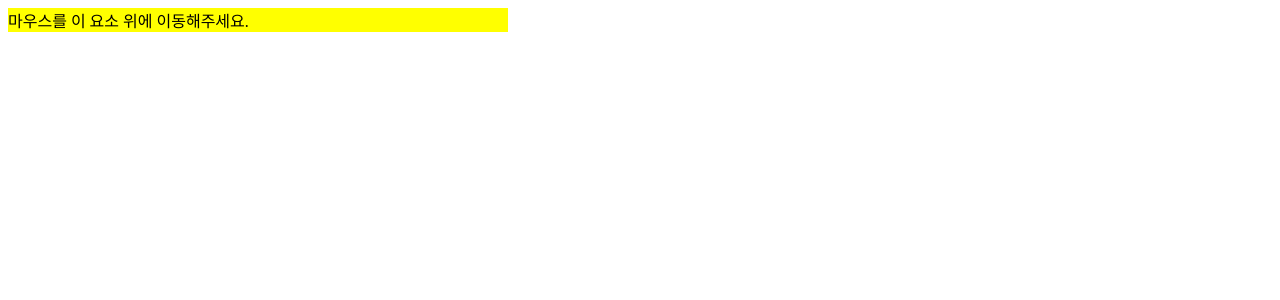
Repository: yujisu01/2021_504_java
Page: javascript_jquery/WebContent/ex06.html
The author's editor kept a copy of each file at every save. The page is drawn from the files as they stood at one save, then again after the next save.
The browser window is 1280 px wide. The pictures show the whole page.

Above is the page before, as saved 2021-04-14 02:23:35.

### javascript_jquery/WebContent/ex06.html
<!DOCTYPE html>
<html>
<head>
<meta charset="UTF-8">
<title>Insert title here</title>
<script type="text/javascript">
	function onMouseIn(elem){
		elem.style.border = "3px solid #ddd333";
	}
	function onMouseOut(elem){
		elem.style.border = "";
	}
</script>
</head>
<body>
	<div style="background-color: yellow; width: 500px;"
	onmouseover="onMouseIn(this)" onmouseout="onMouseOut(this)">
		마우스를 이 요소 위에 이동해주세요.
	</div>
</body>
</html>

After the next save:
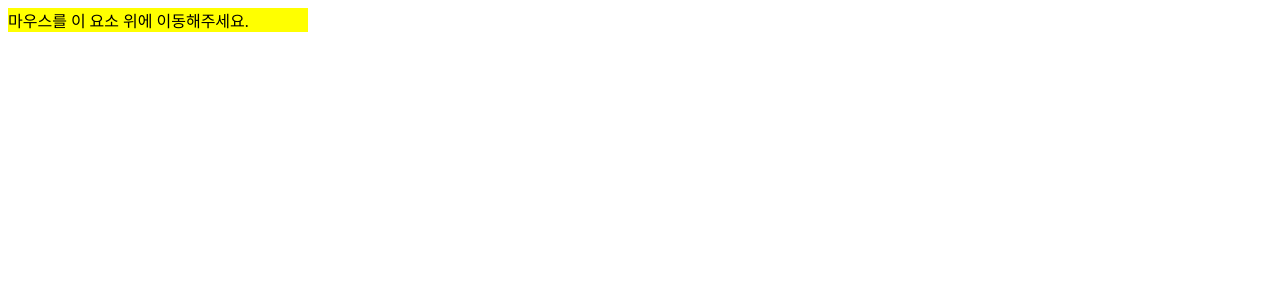
Saved 7 s later.
--- a/javascript_jquery/WebContent/ex06.html
+++ b/javascript_jquery/WebContent/ex06.html
@@ -13,7 +13,7 @@
 </script>
 </head>
 <body>
-	<div style="background-color: yellow; width: 500px;"
+	<div style="background-color: yellow; width: 300px;"
 	onmouseover="onMouseIn(this)" onmouseout="onMouseOut(this)">
 		마우스를 이 요소 위에 이동해주세요.
 	</div>
